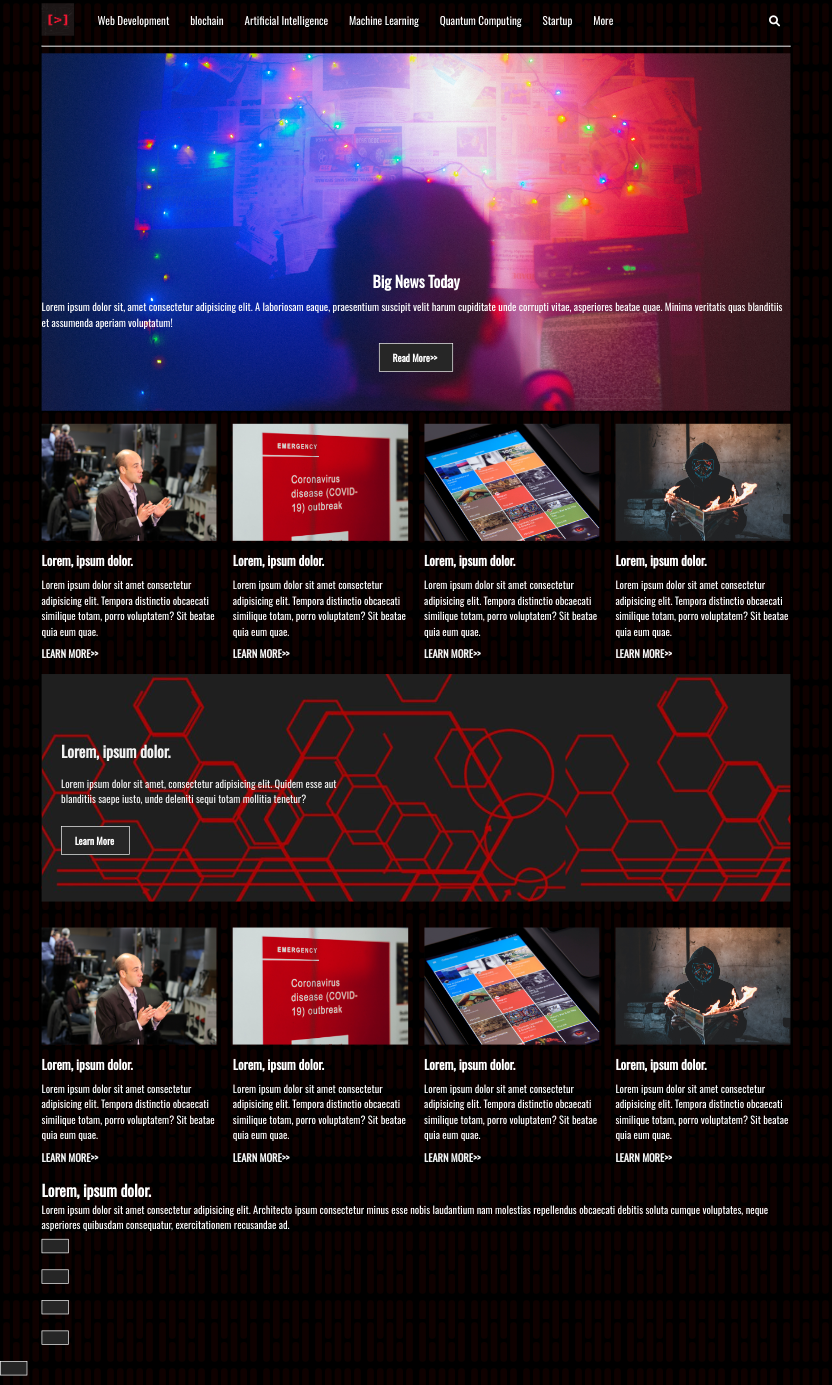
Repository: NickArregoces/News_Web
Page: index.html
The author's editor kept a copy of each file at every save. The page is drawn from the files as they stood at one save, then again after a run of saves.
The browser window is 1280 px wide. The pictures show the whole page, at 65% of full size.

Above is the page before, as saved 2021-12-24 19:59:43.

### index.html
<!DOCTYPE html>
<html lang="en">
<head>
    <meta charset="UTF-8">
    <meta http-equiv="X-UA-Compatible" content="IE=edge">
    <meta name="viewport" content="width=device-width, initial-scale=1.0">
    <title>TechNews</title>
    <!--FONT AWESOME-->
    <link rel="stylesheet" href="https://cdnjs.cloudflare.com/ajax/libs/font-awesome/6.0.0-beta3/css/all.min.css">

    <link rel="stylesheet" href="style.Css">
    <!--Oswald FONTS-->
    <link rel="preconnect" href="https://fonts.googleapis.com">
<link rel="preconnect" href="https://fonts.gstatic.com" crossorigin>
<link href="https://fonts.googleapis.com/css2?family=Oswald:wght@200;300;400&display=swap" rel="stylesheet">
</head>
<body>

    <div class="container">

        <nav class ="nav-main">
            <img src="img/brand.png" alt="" class="nav-brand">

            <ul class="nav-menu">
                <li>
                    <a href="#">Web Development</a>
                </li>
                <li>
                    <a href="#">blochain</a>
                </li>
                <li>
                    <a href="#">Artificial Intelligence</a>
                </li>
                <li>
                    <a href="#">Machine Learning</a>
                </li>
                <li>
                    <a href="#">Quantum Computing</a>
                </li>
                <li>
                    <a href="#">Startup</a>
                </li>
                <li>
                    <a href="#">More</a>
                </li>
            </ul>
            <ul class="nav-menu-right">
                <li>
                    <a href="">
                        <i class="fas fa-search"></i>
                    </a>
                </li>
            </ul>
        </nav>
        <hr> <!--Crea una linea -->


        <!--Showcase=Imagen pricnipal-->
        <header class="showcase">
            <h2>Big News Today</h2>
            <p>Lorem ipsum dolor sit, amet consectetur adipisicing elit. A laboriosam eaque, praesentium suscipit velit harum cupiditate unde corrupti vitae, asperiores beatae quae. Minima veritatis quas blanditiis et assumenda aperiam voluptatum!</p>
        <!--lorem30 te crea 30 palabras-->
            <a class="btn" href="#">Read More>> <i class="fas fa-angles-double-right"></i></a>
        </header>

        <!--NEWS CARDS(COLUMNAS)-->
        <div class="news-cards">
            <div class="">
                <img src="img/news1.jpg" alt="News 1">
                <h3>Lorem, ipsum dolor.</h3>
                <p>Lorem ipsum dolor sit amet consectetur adipisicing elit. Tempora distinctio obcaecati similique totam, porro voluptatem? Sit beatae quia eum quae.</p>
                <a href="">Learn More>><i class="fas fa-amgle-dpuble-right"></i></a>
            </div>
            <div class="">
                <img src="img/news2.jpg" alt="News 2">
                <h3>Lorem, ipsum dolor.</h3>
                <p>Lorem ipsum dolor sit amet consectetur adipisicing elit. Tempora distinctio obcaecati similique totam, porro voluptatem? Sit beatae quia eum quae.</p>
                <a href="">Learn More>><i class fas fa-amgle-dpuble-right></i></a>
            </div>
            <div class="">
                <img src="img/news3.jpg" alt="News 3">
                <h3>Lorem, ipsum dolor.</h3>
                <p>Lorem ipsum dolor sit amet consectetur adipisicing elit. Tempora distinctio obcaecati similique totam, porro voluptatem? Sit beatae quia eum quae.</p>
                <a href="">Learn More>><i class="fas fa-amgle-dpuble-right" ></i></a>
            </div>
            <div class="">
                <img src="img/news4.jpg" alt="News 4">
                <h3>Lorem, ipsum dolor.</h3>
                <p>Lorem ipsum dolor sit amet consectetur adipisicing elit. Tempora distinctio obcaecati similique totam, porro voluptatem? Sit beatae quia eum quae.</p>
                <a href="">Learn More>><i class="fas fa-amgle-dpuble-right"></i></a>
            </div>
        </div>

        <div>

            <section class="cards-banner-one">
                <div class="content">
                    <h2>Lorem, ipsum dolor.</h2>
                    <p>Lorem ipsum dolor sit amet, consectetur adipisicing elit. Quidem esse aut blanditiis saepe iusto, unde deleniti sequi totam mollitia tenetur?</p>
                    <a href="#" class="btn">Learn More <i class="fas fa-amgle-dpuble-right"></i></a>
                </div>

            </section>

            <!--NEWS CARDS(COLUMNAS)-->
        <div class="news-cards">
            <div class="">
                <img src="img/news1.jpg" alt="News 1">
                <h3>Lorem, ipsum dolor.</h3>
                <p>Lorem ipsum dolor sit amet consectetur adipisicing elit. Tempora distinctio obcaecati similique totam, porro voluptatem? Sit beatae quia eum quae.</p>
                <a href="">Learn More>><i class="fas fa-amgle-dpuble-right"></i></a>
            </div>
            <div class="">
                <img src="img/news2.jpg" alt="News 2">
                <h3>Lorem, ipsum dolor.</h3>
                <p>Lorem ipsum dolor sit amet consectetur adipisicing elit. Tempora distinctio obcaecati similique totam, porro voluptatem? Sit beatae quia eum quae.</p>
                <a href="">Learn More>><i class fas fa-amgle-dpuble-right></i></a>
            </div>
            <div class="">
                <img src="img/news3.jpg" alt="News 3">
                <h3>Lorem, ipsum dolor.</h3>
                <p>Lorem ipsum dolor sit amet consectetur adipisicing elit. Tempora distinctio obcaecati similique totam, porro voluptatem? Sit beatae quia eum quae.</p>
                <a href="">Learn More>><i class="fas fa-amgle-dpuble-right" ></i></a>
            </div>
            <div class="">
                <img src="img/news4.jpg" alt="News 4">
                <h3>Lorem, ipsum dolor.</h3>
                <p>Lorem ipsum dolor sit amet consectetur adipisicing elit. Tempora distinctio obcaecati similique totam, porro voluptatem? Sit beatae quia eum quae.</p>
                <a href="">Learn More>><i class="fas fa-amgle-dpuble-right"></i></a>
            </div>
        </div>

        <section class="cards-banner-two">
            <div class="contaer">
                <h2>Lorem, ipsum dolor.</h2>
                <p>Lorem ipsum dolor sit amet consectetur adipisicing elit. Architecto ipsum consectetur minus esse nobis laudantium nam molestias repellendus obcaecati debitis soluta cumque voluptates, neque asperiores quibusdam consequatur, exercitationem recusandae ad.</p>
                <a href="#" class="btn"><Learn/a>
            </div>


        </section>



        </div>

    </div>


</body>
</html>

### style.Css
*{
    box-sizing: border-box;
    margin: 0;
    padding: 0;
}

body{
    background:#000000;
    color:#ffff;
    background-color: #000000;
    background-image: url("data:[embedded picture, 663 characters]");
    color:#1e272e;
    font-size: 16px;
    font-family: 'Oswald', sans-serif;
}

a{
    color: #ffff;
    text-decoration: none;
}

ul{
    list-style: none;
}
.container{
    width: 90%;/*responsive*/
    margin: auto;
    color: #ffff;/*MIO*/
}
/*Navigation*/
.nav-main{
    font-size: 17px;
    display: flex;/*Elememnto al lado de otro*/
    justify-content: space-between;
    align-items: center;
    height: 60px;
    padding: 20px 0px;
}
.nav-brand{
    width: 50px;
}

/*Nav Left*/
.nav-main ul{
    display:flex;
}

.nav-main ul li{
    padding: 10px;
}

.nav-main ul li a{
    padding: 6px;
}

.nav-main ul li a:hover {
    border-bottom: 2px solid #ffffff;
}
.nav-main ul.nav-menu{
    flex:1;
    margin-left: 20px;
}

/*Showcase*/
hr{
    margin:10px 0px;
}
.showcase{
    width: 100%;
    height: 550px;
    /*Arreglar img */
    background: url(/img/showcase2.jpg) no-repeat center center/cover;
    padding-bottom: 50px;
    margin-bottom: 20px;/*Margen interna*/
    display:flex;
    flex-direction: column;
    align-items: center;/*centrar P*/
    justify-content: flex-end; /*p al final*/
}

.btn{
    cursor: pointer;
    display: inline-block;
    border: 0;
    font-weight: bold;
    padding: 10px 20px;
    background: #262626;
    color:#ffffff;
    font-size: 15px;
    border: 1px solid #ffff;
    margin:10px 0px;
}

.btn:hover{
    opacity: 0.7;
}

.showcase h2,
.showcase p{
    margin-bottom: 10px;
}

/*News CARS*/
.news-cards{
    display: grid;
    grid-template-columns: 1fr 1fr 1fr 1fr;/*4 columnas*/
    gap: 25px;/*espaciado card*/
    margin: 10px 0;
}

.news-cards img{
    width:100%;
    height:  180px;
}

.news-cards h3{
    font-size: 20px;
    margin:  10px 0;

}

.news-cards a{
    padding: 10px 0;
    color: #f2f2f2;
    text-transform: uppercase;
    display: inline-block;
    font-weight: bold;
}

.news-cards a:hover{
    text-decoration: underline; /*Line debajo*/
}

/*Cards-banner-one*/

.cards-banner-one {
    width: 100%;
    height: 350px;
    background: url(./img/tech-red.jpg);
    margin-bottom: 40px;
}
.cards-banner-one .content{
    width: 40%;
    padding: 90px 0 0 30px;
    color: #f2f2f2;
}

.cards-banner-one p,
.cards-banner-one h2{
    margin: 10px 0 20px 0;

}

After the next 4 saves:
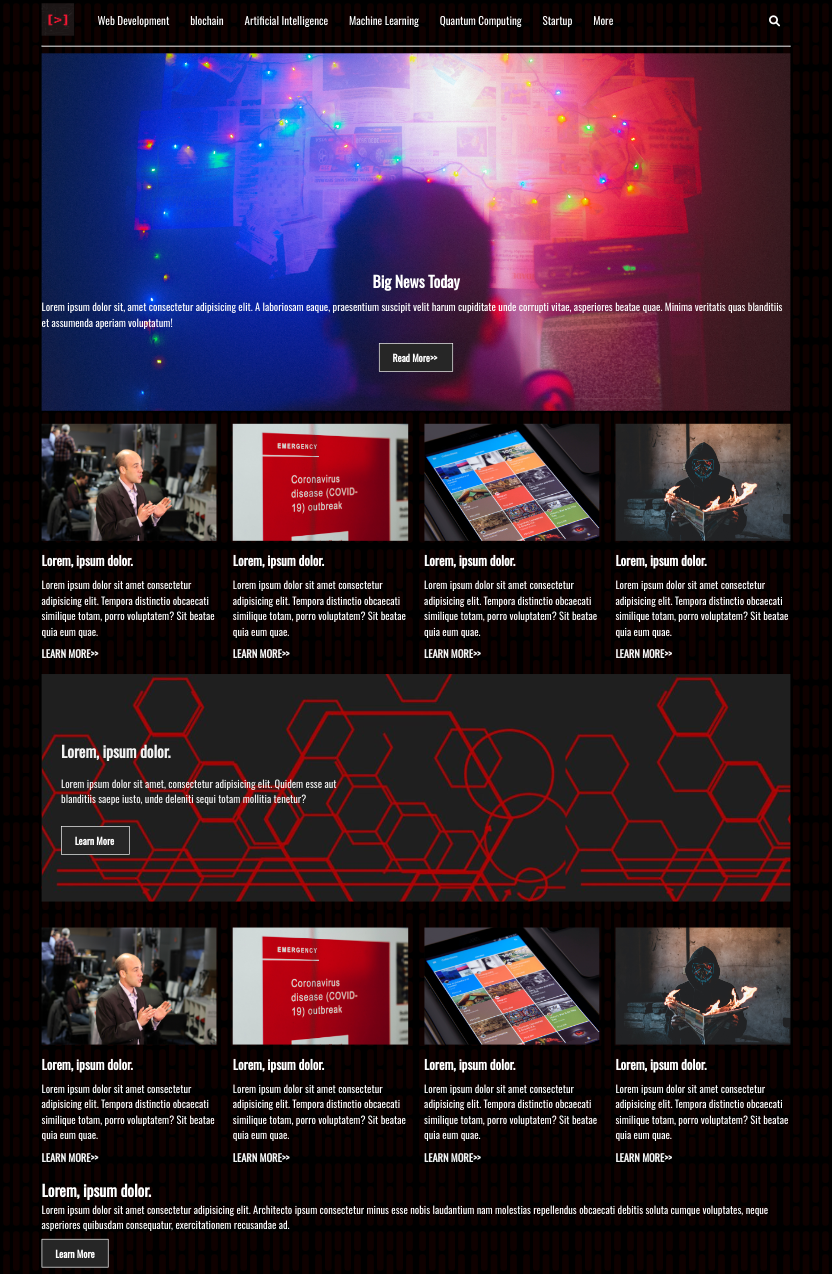
The 4 saves are shown as one change because they came seconds apart.
The last was saved 11 s later.
--- a/index.html
+++ b/index.html
@@ -134,7 +134,7 @@
             <div class="contaer">
                 <h2>Lorem, ipsum dolor.</h2>
                 <p>Lorem ipsum dolor sit amet consectetur adipisicing elit. Architecto ipsum consectetur minus esse nobis laudantium nam molestias repellendus obcaecati debitis soluta cumque voluptates, neque asperiores quibusdam consequatur, exercitationem recusandae ad.</p>
-                <a href="#" class="btn"><Learn/a>
+                <a href="#" class="btn">Learn More </a>
             </div>
 
 
